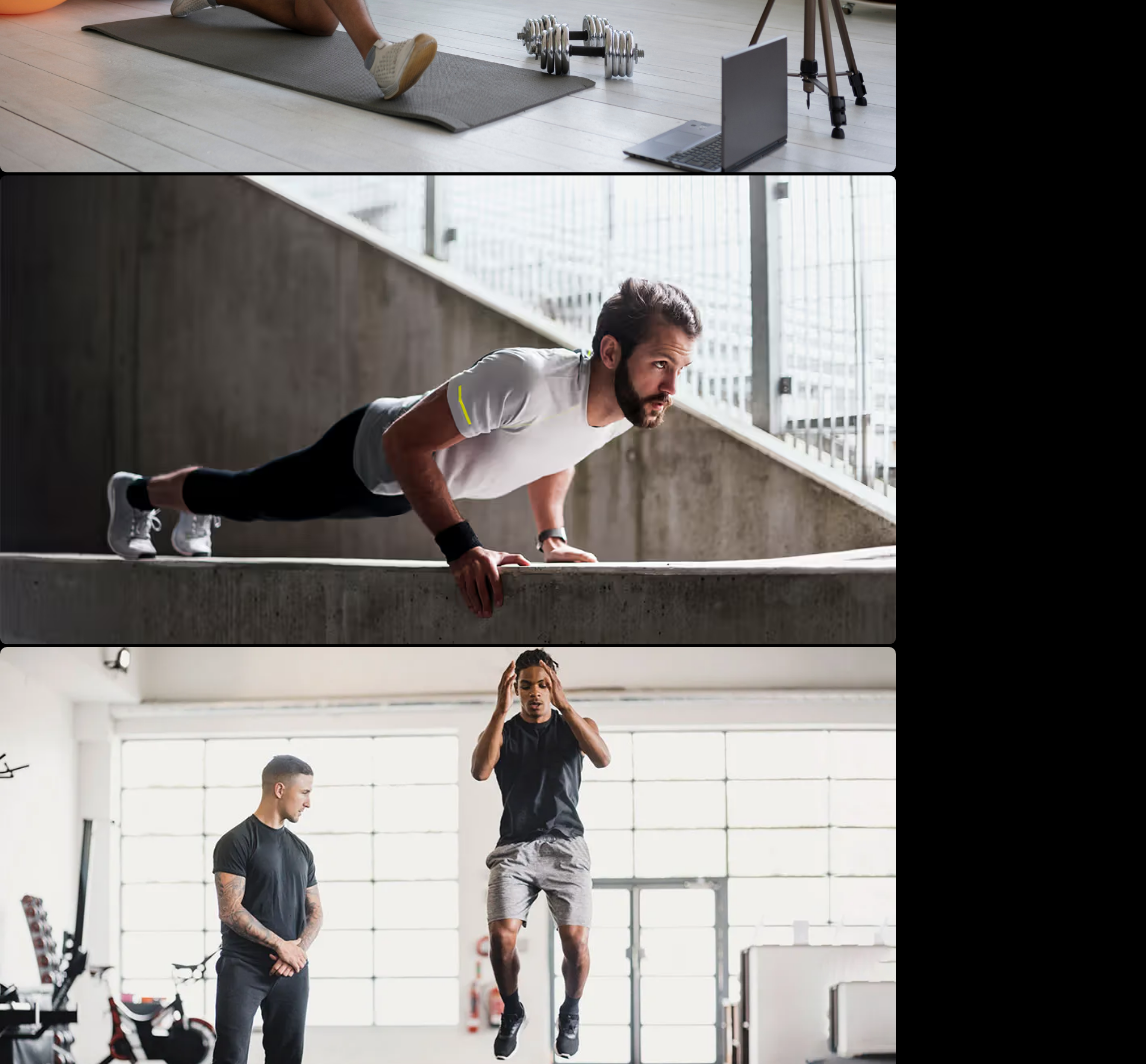
Repository: Aminul-Islam85/Assignment-2
Page: index.html
The author's editor kept a copy of each file at every save. The page is drawn from the files as they stood at one save, then again after the next save.
The browser window is 1280 px wide. The page is 1637 px wide, so the pictures cover 1637 px, including what lies to the right of the window. The pictures show the part of the page from y = 2706 to 4226 px (the page is 6770 px tall before and 6788 px after), at 70% of full size.

Above is the page before, as saved 2024-10-23 16:20:12.

### index.html
<!DOCTYPE html>
<html lang="en">
<head>
    <meta charset="UTF-8">
    <meta name="viewport" content="width=device-width, initial-scale=1.0">
    <title>Fitness Website</title>
    <link rel="stylesheet" href="styles.css">
</head>
<body>

    <nav class="navbar">
        <h1 class="heading-text"></a>Fitness</h1>
        <ul class="nav-links">
            <li><a href="#"></a>Home</li>
            <li><a href="#"></a>Service</li>
            <li><a href="#"></a>Contact</li>
            <li><a href="#"></a>About</li>
        </ul>
        <div class="hamburger">
            <span></span>
            <span></span>
            <span></span>
        </div>
    </nav>

    <section class="hero">
        <div class="hero-content">
            <h1>Get Body in <span class="highlighted">shape</span> & stay healthy</h1>
            <p>A huge selection of health and fitness content, healthy recipes and transformation stories to help you get fit and stay fit!</p>
            <div class="hero-buttons">
                <button class="cta-btn join-btn"> Join Club Now</button>
                <button cta-btn download-btn>Download App</button>
            </div>
        </div>
        <div class="hero-image">
            <img src="images/image 5.png" alt="Trainer">
        </div>

        <div class="info-card workout-card">500+<br>Free Workout Videos</div>
        <div class="info-card tutorial-card">350+<br>Video Tutorials</div>
    </section>

    <section class="habits">
        <h1>Change Your Habits</h1>
        <p>We believe fitness should be accessible to everyone, everywhere, regardless of income or access to a gym.</p>
        <div class="habits-gallery">
            <div class="habit-item">
                <img src="images/image 3.png" alt="Movement">
                <h3>Movement</h3>
                <p>We believe fitness should be accessible to everyone</p>
            </div>
            <div class="habit-item">
                <img src="images/image 2.png" alt="Time">
                <h3>Movement</h3>
                <p>We believe fitness should be accessible to everyone</p>
            </div>
            <div class="habit-item">
                <img src="images/image 4.png" alt="Practice">
                <h3>Movement</h3>
                <p>We believe fitness should be accessible to everyone</p>
            </div>
            <div class="habit-item">
                <img src="images/image 5.png" alt="Wait Loss">
                <h3>Movement</h3>
                <p>We believe fitness should be accessible to everyone</p>
            </div>
        </div>

    </section>

    <section class="extra-mile">
        <div class="extra-mile-content">
            <h2>Run an Extra Mile Easily</h2>
            <p>We believe fitness should be accessible to everyone, everywhere, regardless of income or access to a gym. With hundreds of professional workouts.</p>
            <button class="cta-btn extra-mile-btn">Join NOW</button>
        </div>
        <div class="extra-mile-image">
            <img src="images/run.jpg" alt="Run Image">
        </div>
    </section>

    <section trainings-exercises>
        <h2>Trainings and Exercises</h2>
        <p>We believe fitness should be accessible to everyone, everywhere, regardless of income or access to a gym.</p>
        <div>
            <div class="exercise-item">
                <img src="images/exercise1.jpg" alt="Exercise-1">
                <div exercise-overlay>

                </div>
                <p></p>
            </div>
            <div class="exercise-item">
                <img src="images/exercise2.png" alt="Exercise-2">
                <div exercise-overlay>

                </div>
                <p></p>
            </div>
            <div class="exercise-item">
                <img src="images/exercise3.png" alt="Exercise-3">
                <div exercise-overlay>

                </div>
                <p></p>
            </div>
            <div class="exercise-item">
                <img src="images/exercise4.png" alt="Exercise-4">
                <div exercise-overlay>

                </div>
                <p></p>
            </div>
            <div class="exercise-item">
                <img src="images/exercise5.jpg" alt="Exercise-5">
                <div exercise-overlay>

                </div>
                <p></p>
            </div>
            <div class="exercise-item">
                <img src="images/run.jpg" alt="">
                <div exercise-overlay>

                </div>
                <p></p>
            </div>

        </div>
    </section>


</body>
</html>

### styles.css
/*Global Styles*/
* {
    margin: 0;
    padding: 0;
    box-sizing: border-box;
}

body {
    font-family: 'Arial', sans-serif;
    background-color: black;
    color: #fff;
}

/*Navbar*/
.navbar {
    display: flex;
    justify-content: space-between;
    align-items: center;
    padding: 1 rem 2 rem;
    background-color: transparent;
}

.heading-text {
    font-size: 1.5rem;
    color: #ff5e00;
}

/*nav-link hidden in moble*/
.nav-links {
    list-style: none;
    display: flex;
    gap: 2rem;
}

.nav-links a {
    color: #fff;
    text-decoration: none;
    font-size: 1rem;
}

/*Hamburger menu hidden in desktop*/
.hamburger {
    display: none;
    flex-direction: column;
    cursor: pointer;
}

.hamburger span {
    width: 25px;
    height: 3px;
    background-color: #fff;
    margin: 4px;
    transition: 0.3s;
}

/*responsiveness*/

@media (max-width: 768) {
    .nav-links {
        display: none;
    }
    .hamburger {
        display: flex;
    }
    /*hamburger clicked show nav-links*/
    .navbar.active .nav-links {
        display: flex;
        flex-direction: column;
        position: absolute;
        top: 60px;
        right: 0;
        background-color: #12121212;
        width: 100%;
        height: auto;
        text-align: center;
        padding: 1rem;
    }
    .nav-links li {
        margin: 1rem 0;
    }
}

/* Hero section*/
.hero {
    display: flex;
    justify-content: space-between;
    align-items: center;
    padding: 4rem 2rem;
    background-color: #121212;
    position: relative;
}
.hero-content {
    max-width: 50%;
}

.hero h1 {
    font-size: 3rem;
    line-height: 1.2;
    margin-bottom: 1rem;
}

.hero.highlighted {
    font-style: italic;
    font-weight: 700;
    color: #ff5e00;
}

hero p {
    font-size: 1.2rem;
    margin-bottom: 2rem;
}

.hero-buttons {
    display: flex;
    gap: irem;
}

.cta-btn {
    padding: 1rem 2rem;
    font-size: 1rem;
    border: none;
    border-radius: 5px;
    cursor: pointer;
}

.join.btn {
    background-color: #ff5e00;
    color: #fff;
}

.download-btn {
    background-color: transparent;
    border: 2px solid #fff;
    color: #fff;
}

.hero-image img {
    max-width: 100%;
    height: auto;
}

/*Info Cards*/
.info-card {
    position: absolute;
    background-color: #2e2e2e;
    color: white;
    border-radius: 8px;
    padding: 1re 1.5rem;
    font-size: 1.2rem;
    font-weight: bold;
    text-align: center;
}

.workout-card {
    top: 30%;
    right: 10%;
}

.tutorial-card {
    top: 60%;
    left: 55%;
}

/*Hero reponsive for mobile*/
@media (max-width: 768px) {
.hero {
    flex-direction: column;
    text-align: center;
}
.hero-content {
    max-width: 100%;
    margin-bottom: 2rem;
}
.hero-image img {
    max-width: 100%;
    height: auto;
}
.info-card {
    font-size: 1rem;
    padding: 0.75rem 1 rem;
    position: relative;
    margin: 1rem auto;
    width: auto;
}
.workout-card, .tutorial-card {
    top: auto;
    left: auto;
    right: auto;
    transform: none;
    margin-bottom: 1rem;
 }
}

/*Hero Buttons on mobile*/
@media (max-width:480px) {
    .hero-buttons {
        flex-direction: column;
        gap: 1rem;
    }
    .cta-btn {
        width: 100%;
    }
}

/*Change habit section*/
.habits {
    padding: 4rem 2rem;
    text-align: center;
    background-color: #121212;
}

.habits h2 {
    font-size: 2.5rem;
    margin-bottom: 1rem;
}

.habits p {
    font-size: 1.2rem;
    margin-bottom: 2rem;
}

.habits-gallery {
    display: flex;
    justify-content: space-around;
    align-items: center;
    flex-wrap: wrap;
    gap: 2rem;
}

.habit-item {
    text-align: center;
    max-width: 200px;
}

.habit-item img {
    width: 100px;
    height: 100px;
    border-radius: 50%;
    margin-bottom: 1rem;
}

.habit-item h3 {
    font-size: 1.5rem;
    margin-bottom: 0.5rem;
}
.habit-item p {
    font-size: 1rem;
    color: #aaa;
}

/*Extra mile section*/
.extra-mile {
    display: flex;
    justify-content: space-between;
    align-items: center;
    background-color: #2e2e2e;
    padding: 4rem 2rem;
    border-radius: 20px;
    margin: 4rem 0;
}

.extra-mile-content {
    max-width: 50%;
}
extra-mile h2 {
    font-size: 2.5rem;
    margin-bottom: 1rem;
}
.extra-mile p {
    font-size: 1.2rem;
    margin-bottom: 2rem;
}
.extra-mile btn {
    background-color: #ff5e00;
    color: white;
    border: none;
    padding: 1rem 2rem;
    border-radius: 5px;
    cursor: pointer;
}
.extra-mile image img {
    border-radius: 10px;
    max-width: 100%;
}
/*Footer*/
footer {
    text-align: center;
    padding: 1rem;
    background-color: #333;
    color: #fff;
    margin-top: 2rem;
}
/*responsive design*/
@media (max-width: 768px) {
    .hero h1 {
        font-size: 2rem;
    }
    .hero p {
        font-size: 1rem;
    }
    .extra-mile {
        flex-direction: column;
        text-align: center;
    }
    .extra-mile-content, .extra-mile-image {
        max-width: 100%;
    }
}

@media (max-width: 480px) {
    hero h1 {
        font-size: 1.5rem;
    }
    .hero p {
        font-size: 0.9rem;
    }
}

/* Trainings and Exercise*/
.trainings-exercises {
    padding: 4rem 2rem;
    text-align: center;
    background-color: #121212;
}

.trainings-exercises h2 {
    font-size: 2.5rem;
    margin-bottom: 1rem;
}
.trainings-exercises p {
    font-size: 1.2rem;
    margin-bottom: 2rem;
    color: #aaa;
}
.exercise-gallery {
    display: grid;
    grid-template-columns: repeat(3, 1fr);
    gap: 1rem;
}
.exercise-item {
    position: relative;
}
.exercise-item img {
    width: 100%;
    height: auto;
    border-radius: 10px;
}
.exercise-overlay {
    position: absolute;
    top: 0;
    left: 0;
    width: 100%;
    height: 100%;
    background-color: rgba(0, 0, 0, 0.5);
    color: white;
    display: flex;
    justify-content: center;
    align-items: center;
    opacity: 0;
    transition: opacity 0.3s ease;
    border-radius: 10px;
}
.exercise-item:hover .exercise-overlay {
    opacity: 1;
}
.exercise-overlay p {
    font-size: 1.2rem;
    text-align: center;
}

/*BMI*/
.bmi-calculator {
    background-color: #121212;
    padding: 4rem 2rem;
}
.bmi-title {
    text-align: center;
    margin-bottom: 2rem;
}
.bmi-title h2 {
    font-size: 2.5rem;
    margin-bottom: 1rem;
    color: #fff;
}
.bmi-title p {
    font-size: 1.2rem;
    color: #aaa;
}

/*calculator*/
.bmi-content {
    display: flex;
    justify-content: space-between;
    align-items: flex-start;
    background-color: #121212;
    padding: 2rem;
    border-radius: 20px;
}
.bmi-chart {
    flex: 1;
    margin-right: 2rem;
}
.bmi-chart h3 {
    color:#fff;
    margin-bottom: 1rem;
}
.bmi-chart table {
    width: 100%;
    border-collapse: collapse;
}
.bmi-chart table th, .bmi-chart table td {
    padding: 1rem;
    text-align: left;
    border: 1px solid #fff;
    color: #fff;
}
.bmi-form {
    flex: 1;
}
bmi-form h3 {
    color: #fff;
    margin-bottom: 1rem;
}
bmi-form p {
    margin-bottom: 2rem;
    color: #aaa;
}
.bmi-form input, .bmi-form select {
    width: 100%;
    padding: 1rem;
    margin-bottom: 1rem;
    border-radius: 5px;
    border: none;
    background-color: #333;
    color: #fff;
}
.bmi-form select {
    cursor: pointer;
}
.bmi-form, .calculate-btn {
    width: 100%;
    padding: 1rem 2rem;
    border-radius: 5px;
    border: none;
    background-color: #ff5e00;
    color: white;
    cursor: pointer;
    text-align: center;
}

/*responsiveness*/
@media (max-width: 768px) {
    .bmi-content {
        flex-direction: column;
    }
    .bmi-chart {
        margin-right: 0;
        margin-bottom: 2rem;
    }
}

/*Meet our team*/
.team-selection {
    background-color: #121212;
    padding: 4rem 2rem;
}
.team-title {
    text-align: center;
    margin-bottom: 2rem;
}
.team-title h2 {
    font-size: 2.5rem;
    margin-bottom: 1rem;
    color: #fff;
}
.team-title p {
    font-size: 1.2rem;
    color: #aaa;
}

/*Team-content*/
.team-content {
    display: grid;
    grid-template-columns: repeat(3,1fr);
    gap: 1.5rem;
    background-color: #2e2e2e;
    padding: 2rem;
    border-radius: 20px;
}
.team-member {
    position: relative;
    border-radius: 10px;
    overflow: hidden;
}
.team-member img {
    width: 100%;
    height: auto;
    border-radius: 10px;
}
.team-overlay {
    position: absolute;
    bottom: 0;
    left: 0;
    width: 100%;
    background-color: rgba(0, 0, 0, 0.5);
    color: white;
    padding: 1rem;
    text-align: center;
    transition: background-color 0.3s ease;
}
.team-member:hover .team-overlay {
    background-color: rgba(0, 0, 0, 0.7);
}
.team-overlay h3 {
    margin: 0;
    font-size: 1.2rem;
}
.team-overlay p {
    margin: 0.5rem 0 0;
    font-size: 0.9rem;
}

/*responsive design*/
@media (max-width: 768px) {
    .team.content {
        grid-template-columns: repeat(2, 1fr);
    }
}

@media (max-width: 480px) {
    .team.content {
        grid-template-columns: 1fr;
    }
}

/*footer section*/
.footer-section {
    background-color: #2e2e2e;
    padding: 4rem 2rem;
    color: #fff;
}
.footer-content {
    display: flex;
    justify-content: space-between;
    align-items: flex-start;
    margin-bottom: 2rem;
}
.footer-logo {
    font-size: 2.5rem;
    color: #ff5e00;
}
.footer-content p {
    max-width: 300px;
    color: #aaa;
}
.footer-links {
    display: flex;
    flex-direction: column;
}
.footer-links h3 {
    margin-bottom: 1rem;
}
.footer-links ul {
    list-style: none;
    padding: 0;
}
.footer-links li {
    margin-bottom: 0.5rem;
}
.footer-links a {
    color: #fff;
    text-decoration: none;
    transition: 0.3s ease;
}
.footer-links a:hover {
    color: #ff5e00;
}
.footer-bottom {
    text-align: center;
    padding-top: 1rem;
    border-top: 1px solid #444;
    color: #aaa;
}

/*rensiveness*/
@media (max-width: 768px) {
    .footer-content {
        flex-direction: column;
        text-align: center;
    }
    .footer-links {
        margin-top: 2rem;
    }
}

After the next save:
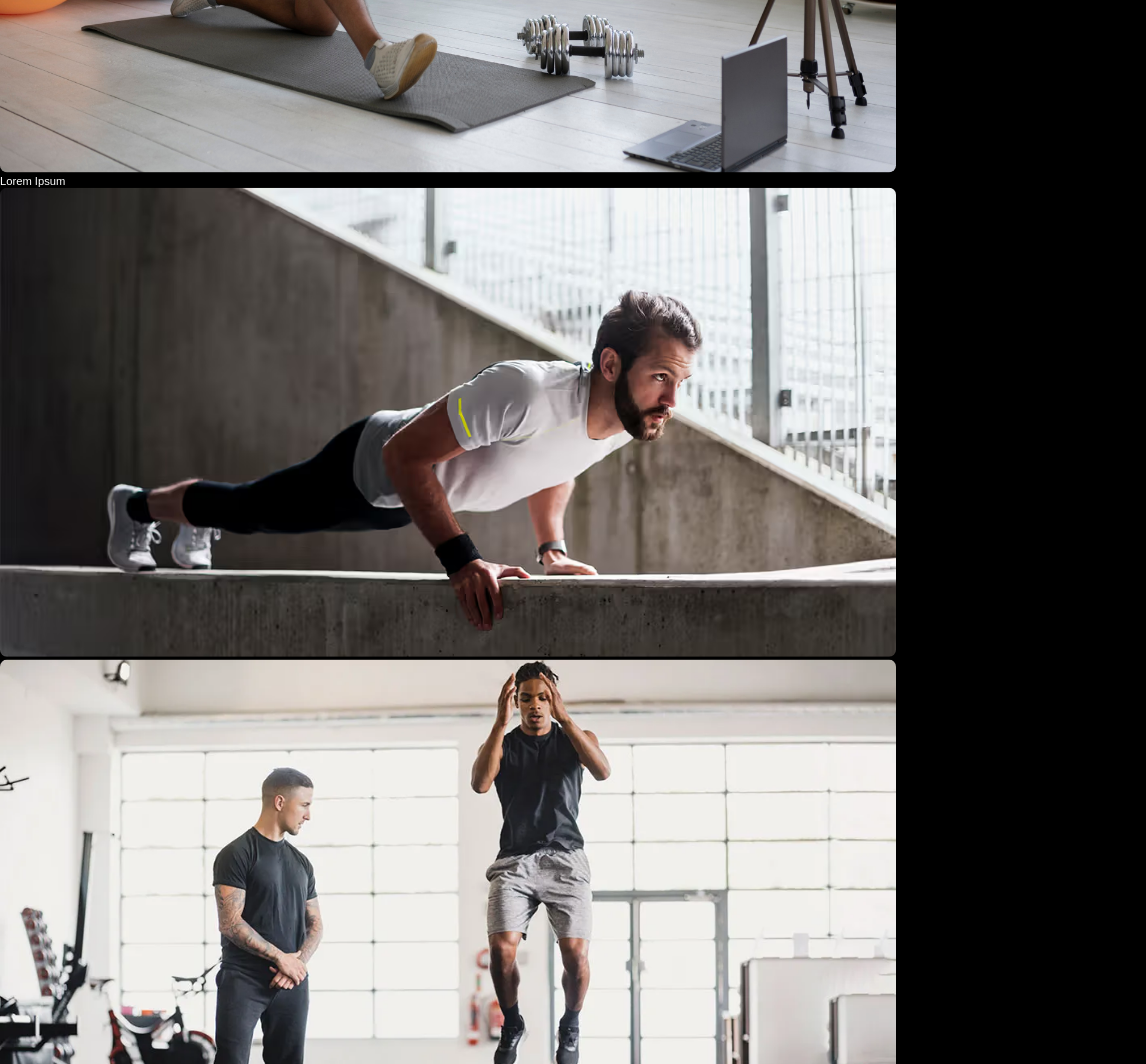
Saved 63 s later.
--- a/index.html
+++ b/index.html
@@ -86,9 +86,9 @@
             <div class="exercise-item">
                 <img src="images/exercise1.jpg" alt="Exercise-1">
                 <div exercise-overlay>
+                    <p>Lorem Ipsum</p>
+                </div>
 
-                </div>
-                <p></p>
             </div>
             <div class="exercise-item">
                 <img src="images/exercise2.png" alt="Exercise-2">
